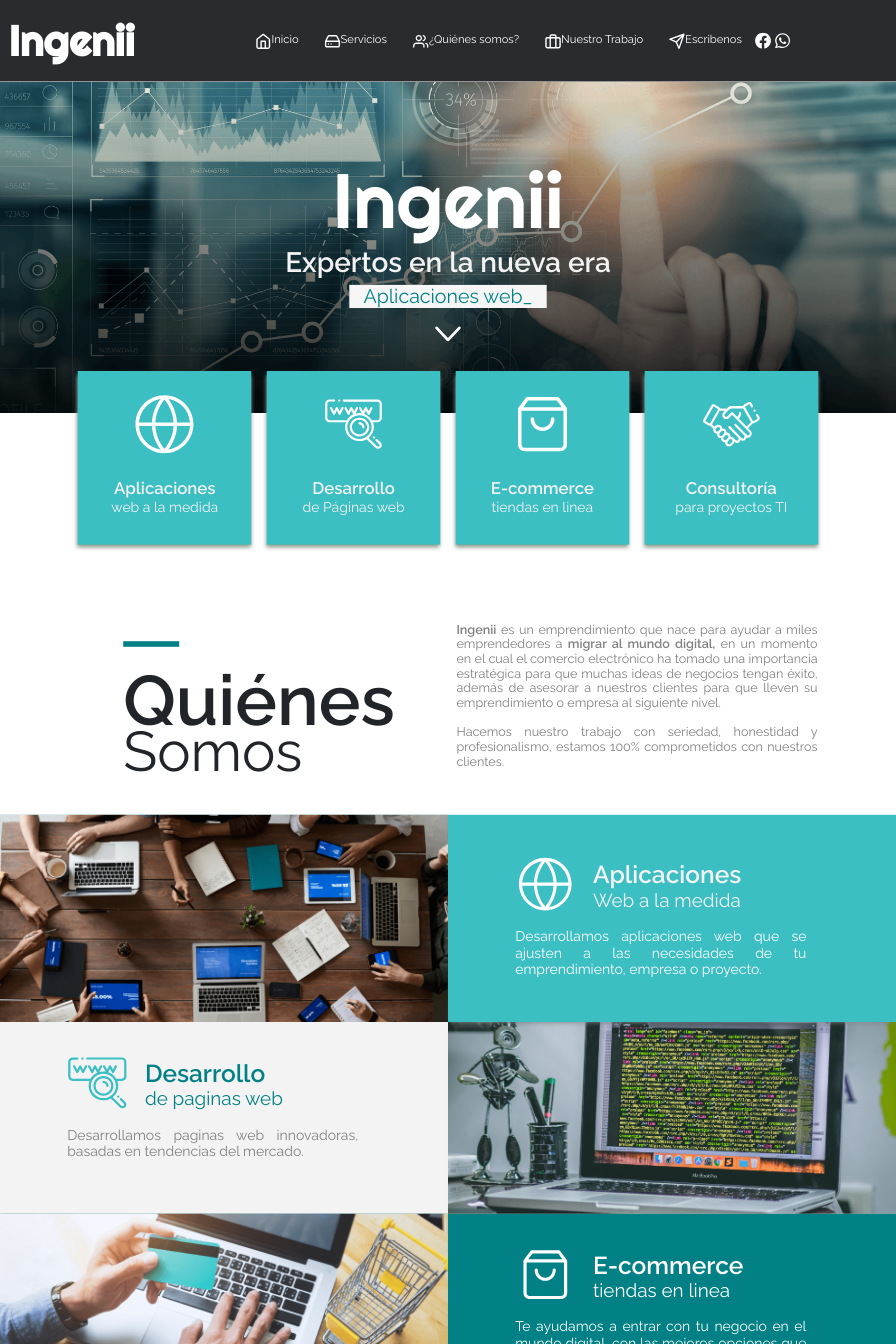
Repository: mariomr87/testwebpage
Page: index.html
An editor plug-in stored every save of this project. The page is shown before and after the next save, followed by the edit.
The browser window is 1280 px wide. The pictures show the part of the page from y = 0 to 1920 px (the page is 3567 px tall), at 70% of full size.
Some web libraries are served in a nearby version.

Above is the page before, as saved 2021-10-07 22:34:05.

### index.html
<!DOCTYPE html>
<html>
<head>
	<meta charset="utf-8">
	<title>Ingenii - Nueva era</title>
	<link href="style.css" rel="stylesheet">
	<!-- CSS only -->
	<link href="https://cdn.jsdelivr.net/npm/bootstrap@5.0.2/dist/css/bootstrap.min.css" rel="stylesheet" integrity="sha384-EVSTQN3/azprG1Anm3QDgpJLIm9Nao0Yz1ztcQTwFspd3yD65VohhpuuCOmLASjC" crossorigin="anonymous">
	<link rel="preconnect" href="https://fonts.googleapis.com">
	<link rel="preconnect" href="https://fonts.gstatic.com" crossorigin>
	<link href="https://fonts.googleapis.com/css2?family=Raleway:ital,wght@0,200;0,400;0,600;1,900&display=swap" rel="stylesheet">
	<script src="https://kit.fontawesome.com/ffd6f804ac.js" crossorigin="anonymous"></script>

	<!--MENU BOOSTRAP JavaScript Bundle with Popper -->
	<script src="https://cdn.jsdelivr.net/npm/bootstrap@5.1.1/dist/js/bootstrap.bundle.min.js" integrity="sha384-/bQdsTh/da6pkI1MST/rWKFNjaCP5gBSY4sEBT38Q/9RBh9AH40zEOg7Hlq2THRZ" crossorigin="anonymous"></script>

	<!--Carrusel-->
	<link href="https://cdn.jsdelivr.net/npm/bootstrap@5.0.2/dist/css/bootstrap.min.css" rel="stylesheet" integrity="sha384-EVSTQN3/azprG1Anm3QDgpJLIm9Nao0Yz1ztcQTwFspd3yD65VohhpuuCOmLASjC" crossorigin="anonymous">
	<link rel="stylesheet" type="text/css" href="carousel.css">
	<script src="https://ajax.googleapis.com/ajax/libs/jquery/1.12.4/jquery.min.js" type="text/javascript" ></script>
	<script src="slick.js" type="text/javascript" charset="utf-8"></script>



</head>
	<body>

		<!-- Menu -->
		<nav class="navbar navbar-expand-md  sticky-top navbar-dark lineamenu ">
			<div class="container-fluid">
			  <a class="navbar-brand" href="#"><span class="menuimg-texto">Ingenii</span></a>
			  <button class="navbar-toggler" type="button" data-bs-toggle="collapse" data-bs-target="#navbarSupportedContent" aria-controls="navbarSupportedContent" aria-expanded="false" aria-label="Toggle navigation">
				<span class="navbar-toggler-icon "></span>
			  </button>
			  <div class="collapse navbar-collapse " id="navbarSupportedContent">
				<ul class="navbar-nav">
				  <li class="nav-item">
					<a class="nav-link" aria-current="page" href="#"><span class="texto-link"><img src="./imagenes/menu/Icon-inicio.svg" class="d-inline-block align-text-top menuing-redes-logos">Inicio</span></a>
				  </li>
				  <li class="nav-item">
					<a class="nav-link" href="#servicios4"><span class="texto-link"><img src="./imagenes/menu/Icon-Servicios.svg" class="d-inline-block align-text-top menuing-redes-logos">Servicios</span></a>
				  </li>
				  <li class="nav-item">
					<a class="nav-link " href="#quienessomos" tabindex="-1" aria-disabled="true"><img src="./imagenes/menu/Icon-Quienes somos.svg" class="d-inline-block align-text-top menuing-redes-logos"><span class="texto-link">¿Quiénes somos?</span></a>
				  </li>
				  <li class="nav-item">
					<a class="nav-link " href="#link-ntrabajo" tabindex="-1" aria-disabled="true"><img src="./imagenes/menu/Icon- nuestro-trabajo.svg" class="d-inline-block align-text-top menuing-redes-logos"><span class="texto-link">Nuestro Trabajo</span></a>
				  </li>
				  <li class="nav-item">
					<a class="nav-link " href="#link-escribenos" tabindex="-1" aria-disabled="true"><img src="./imagenes/menu/Icon - escribenos.svg" class="d-inline-block align-text-top menuing-redes-logos"><span class="texto-link">Escribenos</span></a>
				  </li>
				</ul>
				<div class="">
					<img class="menuing-redes-logos" src="./imagenes/menu/Facebook.svg" alt="">
					<img class="menuing-redes-logos" src="./imagenes/menu/WhatsApp.svg" alt="">
				</div>
			  </div>
			</div>
		  </nav>

		<!-- Slider -->
		<div class="container-fluid slider text-centro text-center">
			<div class="row" id="servicios4">
				<div>
					<h3 class="logo title-slider">Ingenii</h3>
					<h3 class="blanco slider-text">Expertos en la nueva era</h3>
					<h3 id="app-web">Aplicaciones web_</h3><br>
					<img id="flecha-down" src="./imagenes/principal/flecha.svg">
				</div>
			</div>
		</div>
		<!-- Quienes somos y servicios -->
		<div class="container-fluid " >
			<!-- Iconos de servicios -->
			<div class="cuadros-servi row ">
				<div class="azul-claro-bg cuadro col ">
					<img src="./imagenes/principal/app.svg" class="icon-serv">
					<h5><span class="negrilla "><strong>Aplicaciones</strong> </span><br>web a la medida</h5>
				</div>
				<div class="azul-claro-bg cuadro col">
					<img src="./imagenes/principal/desarrollo.svg" class="icon-serv"><h5><span class="negrilla ">Desarrollo</span><br>de Páginas web</h5>
				</div>
				<div class="azul-claro-bg cuadro col">
					<img src="./imagenes/principal/tienda.svg" class="icon-serv">
					<h5><span class="negrilla ">E-commerce</span><br> tiendas en linea</h5>
				</div>
				<div class="azul-claro-bg cuadro col">
					<img src="./imagenes/principal/consultoria.svg" class="icon-serv"><h5><span class="negrilla ">Consultoría</span><br>para proyectos TI</h5>
				</div>

			</div>

			<!-- Texto quienes somos -->
			<div class="row just-somos" id="quienessomos">
				<div class="col-md-6 centrar-somos">
					<p class="line-blue"> </p>
					<h1 class="text-quienes" >Quiénes</h1><h2 class="text-somos">Somos</h2>
				</div>
				<div class="col-md-6">
					<p class="texto-qs"><span class="negrilla">Ingenii</span> es un emprendimiento que nace para ayudar a miles emprendedores a <span class="negrilla">migrar al mundo digital,</span> en un momento en el cual el
					comercio electrónico ha tomado una importancia estratégica para que muchas ideas de negocios tengan éxito, además de asesorar a
					nuestros clientes para que lleven su emprendimiento o empresa al siguiente nivel.
					<br><br>Hacemos nuestro trabajo con seriedad, honestidad y profesionalismo, estamos 100% comprometidos con nuestros clientes.</p>
				</div>
			</div>
		</div>
		<!-- Servicios -->
		<div class="container-fluid">
			<div class="row row-cols-2 servi-col">
				<!--Aplicaciones -->
				<div class="col azul-claro-bg sombra">
					<img class="servicios-img" src="imagenes/servicios/Aplicaciones.png">
				</div>
				<div class="col azul-claro-bg text-app sombra">
						<div class="centra-app">
							<div class="interlineas">
								<img src="./imagenes/servicios/web-a-medida.svg" class="icon-serv">
								<span class="text-app-p"><span class="text-app-icon">Aplicaciones</span><p class="text-app-icon2">Web a la medida</p></span>
							</div>
							<div class="interlineas">
								<p class="text-app-des">Desarrollamos aplicaciones web que se ajusten a las necesidades de tu emprendimiento, empresa o proyecto.</p>
							</div>
						</div>
				</div>
				<!--Desarrollo -->
				<div class="col blanco-bg sombra">
					<div class="text-app ">
						<div class="centra-app">
							<div class="interlineas">
								<img src="./imagenes/servicios/desarrollo-web.svg" class="icon-serv">
								<span class="azul text-app-p"><span class="text-app-icon">Desarrollo</span><p class="text-app-icon2">de paginas web</p></span>
							</div>
							<div class="interlineas" >
								<p class="gris2 text-app-des">Desarrollamos paginas web innovadoras, basadas en tendencias del mercado.</p>
							</div>
						</div>
					</div>
				</div>
				<div class="col blanco-bg sombra">
					<img class="servicios-img" src="imagenes/servicios/desarrolloweb.png">
				</div>
				<!--E-commerce-->
				<div class="col azul-bg sombra">
					<img class="servicios-img" src="imagenes/servicios/ecommerce.png">
				</div>
				<div class="col azul-bg sombra">
					<div class="text-app">
						<div class="centra-app">
							<div class="interlineas">
								<img src="./imagenes/servicios/ecommerce.svg" class="icon-serv">
								<span class="text-app-p"><span class="text-app-icon">E-commerce</span><p class="text-app-icon2">tiendas en linea</p> </span>
							</div>
							<div class="interlineas">
								<p class="text-app-des">Te ayudamos a entrar con tu negocio en el mundo digital, con las mejores opciones que se adapten a tener una buena rentabilidad.</p>
							</div>
						</div>
					</div>
				</div>
				<!--Consultoria -->
				<div class="col blanco-bg sombra">
					<div class="azul text-app">
					<div class="centra-app">
							<div class="interlineas">
								<img src="./imagenes/servicios/consultoria-TI.svg" class="icon-serv">
								<span class="text-app-p"><span class="text-app-icon">Consultoria</span> <p class="text-app-icon2"> para proyectos de TI</p></span>
							</div>
							<div class="interlineas">
								<p class="gris2 text-app-des">Estamos contigo, por eso realizamos consultorias para proyectos de TI.</p>
							</div>
					</div>
					</div>
				</div>
    			<div class="col blanco-bg sombra">
					<img class="servicios-img" src="imagenes/servicios/consultoria.png">
				</div>
			</div>
		</div>


		<!-- Nuestros Proyectos -->
		<div class="container-fluid" id="link-ntrabajo">
			<div class="row">
				<div class="col-md-12 text-center">
					<p class="proyectos">Nuestros Proyectos</p>
					<p class="proyectos-txt">Proyectos realizados en diversos sectores que van desde paginas web tradicionales hasta aplicaciones para la gestion de negocios.</p>
				</div>
				<div class="col-md-12 container">
					<section class="customer-logos slider2">
						<div class="slide"><img src="images/image3.png"></div>
						<div class="slide"><img src="images/image4.png"></div>
						<div class="slide"><img src="images/image3.png"></div>
						<div class="slide"><img src="images/image4.png"></div>
					</section>
				</div>
			</div>
		</div>

		<!-- Contacto -->
		<div class="container-fluid contacto-container" id="link-escribenos">
			<div class="row">
				<div class="col-md-6">
					<div class="contacto-column-1">
						<p class="line-blue"> </p>
						<h2 class="contacto-title blanco">Escribenos</h2>
						<p class="contacto-desc blanco">Cuéntanos tus proyectos y juntos podremos llevar tu emprendimiento o tu empresa a otro nivel en la nueva era del mundo digital</p>
					</div>
					</div>
				<div class="col-md-6">
					<form class="contacto-form">
						<input type="text" class="contacto-input" placeholder="Nombre Completo" name="nombre">
						<input type="text" class="contacto-input" placeholder="Celular" name="celular">
						<input type="email" class="contacto-input" placeholder="Email" name="email">
						<textarea name="mensaje" class="contacto-textarea" placeholder="Mensaje"></textarea>
						<input type="submit" class="contacto-input azul-claro-bg" name="Enviar">
					</form>
				</div>
			</div>
		</div>
		<!-- Footer -->
		<div class="container-fluid azul-claro-bg p-5">
			<div class="row pb-4">
				<div class="col-md-4">
					<div class="footer-container">
						<h2 class="logo title-footer">Ingenii</h2>
						<p class="subtitle-footer">Copyrigth 2021 Ingenii</p>
					</div>
				</div>
				<div class="col-md-8">
					<div class="social-container">
						<p class="" style="padding: 0px 22px;">Soluciones innovadoras para tus proyectos, emprendimientos o empresas.<br>Te ayudamos a ir al siguiente nivel. Somos expertos en una nueva era.</p>
						<div class="container">
							<div class="row">
								<div class="col-md-4">
									<span class="social-icon-text" style="vertical-align: middle;">Síguenos: </span><a href="www.facebook.com" class="link-icon-footer gris"><i class="fab fa-facebook"></i></a><a href="https://api.whatsapp.com/send?phone=573167873319&text=Hola!%20Quiero%20una%20p%C3%A1gina%20web." class="link-icon-footer gris"><i class="fab fa-whatsapp"></i></a>
								</div>
								<div class="col-md-4 mt-2">
									<i style="vertical-align: middle;" class="fas fa-phone-alt gris icon-footer"></i><span class="social-icon-text"> 3167873319</span>
								</div>
								<div class="col-md-4 mt-2">
									<i style="vertical-align: middle;" class="far fa-envelope gris icon-footer"></i><span class="social-icon-text"> info@ingenii.com.co</span>
								</div>
							</div>
						</div>
					</div>
				</div>
			</div>
		</div>

		<script type="text/javascript">
			$(document).ready(function(){
				$('.customer-logos').slick({
					slidesToShow: 2,
					slidesToScroll: 1,
					autoplay: true,
					autoplaySpeed: 500,
					arrows: false,
					dots: false,
						pauseOnHover: false,
						responsive: [{
						breakpoint: 500,
						settings: {
							slidesToShow: 4
						}
					}, {
						breakpoint: 520,
						settings: {
							slidesToShow: 3
						}
					}]
				});
			});
		</script>

	</body>
</html>

### style.css
/*
autor: Estiven Oviedo Gonzalez;
fecha: 2021-07-18;
*/

@font-face {
    font-family: 'Righteous';
    src: url('font/Righteous-Regular.ttf');
}


body{
	font-family: 'Raleway', sans-serif !important;
}

.lineamenu{
	border-bottom-width: 1px;
	border-bottom-style: solid;
	border-bottom-color: #c5c3c3 ;
	background-color: #292b2f;
}

.menuimg-texto{
	font-weight: 900;
	font-size: 3em;
	font-family: 'Righteous', cursive;
	color: #fff;
}

.texto-link{
	color: white;
}

.menuing-redes-logos{
	width: 1.5em;
}

.navbar-collapse{
	justify-content: center;
}

.nav-item{
	padding: 10px;
}

.logo{
	font-family: 'Righteous', cursive;
	color: #fff;
}

.azul{
	color: #018185;
}

.gris{
	color: #292b2f;
}

.verde{
	color: #40af93;
}

.azul-claro{
	color: #3bbfc3;
}

.blanco{
	color: #f3f3f3;
}

.azul-bg{
	background-color: #018185;
	color: #fff;
}

.gris-bg{
	background-color: #292b2f;
}

.verde-bg{
	background-color: #40af93;
}

.azul-claro-bg{
	background-color: #3bbfc3;
	color: #f3f3f3;
}

.blanco-bg{
	background-color: #f3f3f3;
}


.sombra{
	box-shadow: 0px 7px 7px -6px gray;
}

/* servicios */
.servicios-img{
	width: 100%;
}

.title-footer{
	font-size: 70px;
	margin: 0;
}

.subtitle-footer{
	color: #fff;
	font-size: 12px;
}

.footer-container{
	margin-left: 35%;
	border-right: 1px solid #fff;
}

.social-container{
	color: #fff;
}

.link-icon-footer{
	font-size: 30px;
	padding: 0px 10px;
	vertical-align: middle;
}

.icon-footer{
	font-size: 25px;
}

.social-icon-text{
	font-weight: 600;
}

.contacto-container{
	background-image: url('imagenes/formulario/fondo-formulario.png');
	background-size: cover;
}

.contacto-form{
	margin: 100px 20% 100px 10%;
}

.contacto-input{
	display: block;
    padding: 8px 20px;
    border-radius: 40px;
    border: none;
    margin-bottom: 12px;
    width: 100%;
}

.contacto-textarea{
	display: block;
    padding: 8px 20px;
    border-radius: 20px;
    border: none;
    margin-bottom: 12px;
    resize: none;
    width: 100%;
    height: 150px;
}

.contacto-column-1{
	margin: 100px 10% 100px 30%;
}

.contacto-title{
	font-size: 75px;
	font-weight: 900;
}

.contacto-desc{
	font-size: 22px;
}

.slider{
	background-image: url('imagenes/principal/banner.png');
	background-size: cover;
}

.title-slider{
	font-size: 110px;
	margin: 0;
}

.slider-text{
	font-size: 40px ;
	font-weight: bold;
}

#app-web{
	display: inline;
	background-color: #f6f6f6;
	color: #018185;
	padding: 0px 20px;
}

.text-quienes{
	font-weight:bold;
	font-size:100px;
}

.text-somos{
	font-size:80px;
	line-height: 10px;
}

.line-blue{
	background-color: #018185;
	height: 8px;
	width: 80px;
}

.texto-qs{
	text-align: justify;
	font-size: 18px;
	color: gray;

}

.negrilla{
	font-weight: bold;
}

.cuadro span {
	font-size: 1.2em;
}

.just-somos{
	padding-left: 100px;
	padding-right: 100px;
	padding-top: 50px;
	padding-bottom: 50px;
	line-height: initial;
}

.centrar-somos{
	align-content: center;
	justify-content: center;
	display: grid;
}


.text-app{
	position: relative;
	padding-top: 2%;

}

.centra-app{
	margin: 5% 20% 0 15%;
	text-align: justify;
}

.text-app-p{
	padding-left: 25px;

}

.text-app-icon{
	font-size: 35px;
	font-weight: 900;

}

.text-app-icon2{
	font-size: 27px;
}

.text-app-des{
	font-size: 20px;
	color: white;
}

.gris2{
	color: gray ;
}

.cuadro{
	margin: auto 1%;
	padding: 33px;
	box-shadow: -1px 5px 6px #889788;
}

.cuadros-servi{
	text-align: center;
	padding: 0% 8%;
	position: relative;
    bottom: 60px;

}
.interlineas{
	line-height:normal;
	display: flex;
	justify-content: flex-start;
    align-items: center;
	letter-spacing: normal;
}

.icon-serv{
	width: 86px;
	margin-bottom: 20px;
}

.cuadro img{
	padding-bottom: 15px;
}

.text-centro{
	padding: 8% 0%;

}

#flecha-down{
	padding-top: 2%;
	width: 3%;
}

.flotante{
	position: relative;
}

.servi-col div{
	padding-left: 0;
	padding-right: 0;
}

.proyectos{
	font-weight: 900;
	font-size: 4em;
	padding-top: 1em;
}

.proyectos-txt{
	color: gray;
	font-size: 1.5em;
	padding: 0 12em 2em 12em ;
	line-height: normal;
}

### carousel.css
/* Slider */
.slick-slide {
    margin: 0px 20px;
}

.slick-slide img {
    width: 100%;
}

.slick-slider
{
    position: relative;
    display: block;
    box-sizing: border-box;
    -webkit-user-select: none;
    -moz-user-select: none;
    -ms-user-select: none;
            user-select: none;
    -webkit-touch-callout: none;
    -khtml-user-select: none;
    -ms-touch-action: pan-y;
        touch-action: pan-y;
    -webkit-tap-highlight-color: transparent;
}

.slick-list
{
    position: relative;
    display: block;
    overflow: hidden;
    margin: 0;
    padding: 0;
}
.slick-list:focus
{
    outline: none;
}
.slick-list.dragging
{
    cursor: pointer;
    cursor: hand;
}

.slick-slider .slick-track,
.slick-slider .slick-list
{
    -webkit-transform: translate3d(0, 0, 0);
       -moz-transform: translate3d(0, 0, 0);
        -ms-transform: translate3d(0, 0, 0);
         -o-transform: translate3d(0, 0, 0);
            transform: translate3d(0, 0, 0);
}

.slick-track
{
    position: relative;
    top: 0;
    left: 0;
    display: block;
}
.slick-track:before,
.slick-track:after
{
    display: table;
    content: '';
}
.slick-track:after
{
    clear: both;
}
.slick-loading .slick-track
{
    visibility: hidden;
}

.slick-slide
{
    display: none;
    float: left;
    height: 100%;
    min-height: 1px;
}
[dir='rtl'] .slick-slide
{
    float: right;
}
.slick-slide img
{
    display: block;
}
.slick-slide.slick-loading img
{
    display: none;
}
.slick-slide.dragging img
{
    pointer-events: none;
}
.slick-initialized .slick-slide
{
    display: block;
}
.slick-loading .slick-slide
{
    visibility: hidden;
}
.slick-vertical .slick-slide
{
    display: block;
    height: auto;
    border: 1px solid transparent;
}
.slick-arrow.slick-hidden {
    display: none;
}

.slider2 {
    padding: 2em 10em;
}

.slider2 div img{
    width: 50%;
    /* background-color: gray; */
    border-inline: 1px;
    display: block;
    margin: auto;

}

/* .slide{
 border-style: solid;
 color: red;

} */

Loaded but not shown: slick.js (library)

After the next save:
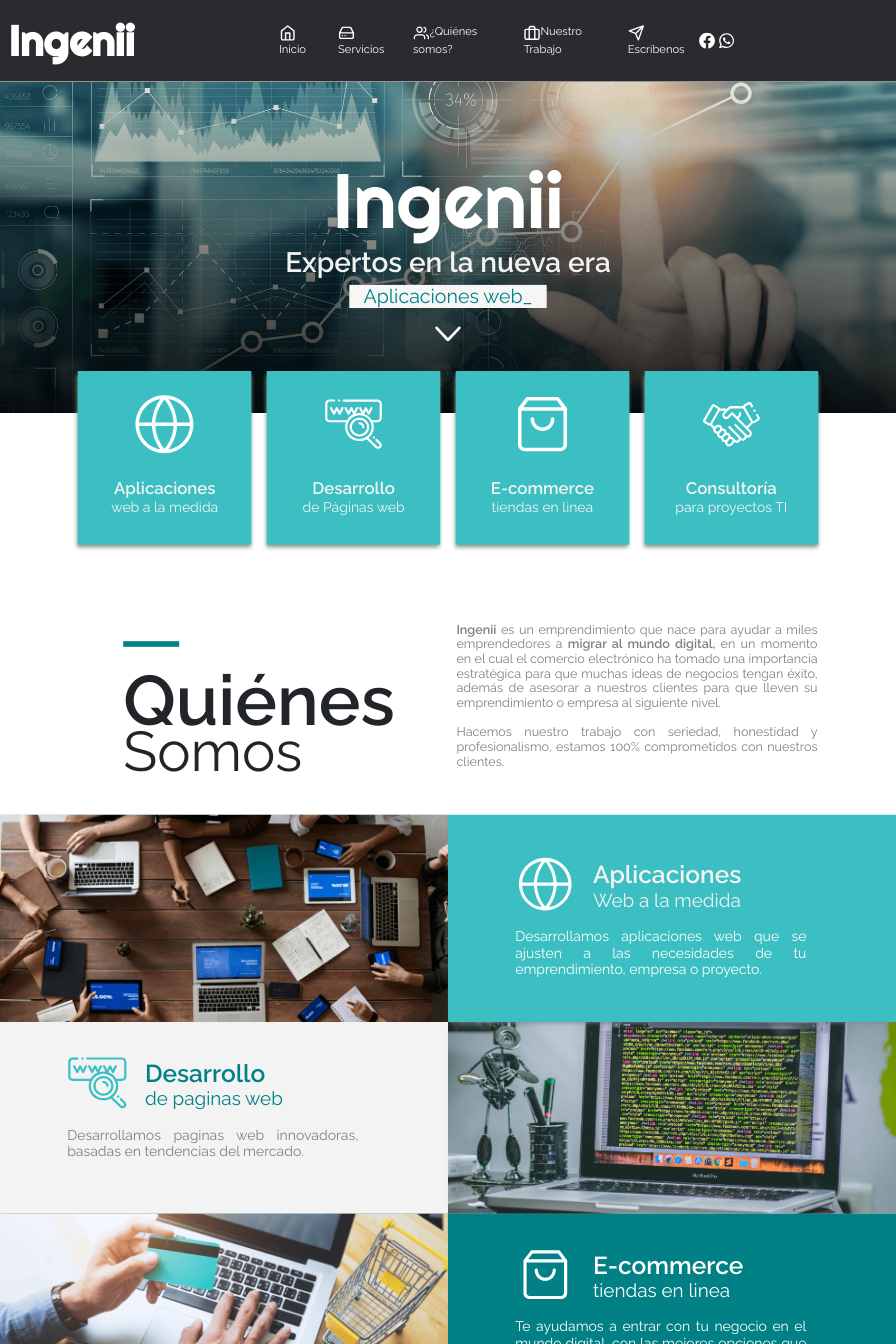
Saved 112 s later.
--- a/index.html
+++ b/index.html
@@ -28,12 +28,12 @@
 		<!-- Menu -->
 		<nav class="navbar navbar-expand-md  sticky-top navbar-dark lineamenu ">
 			<div class="container-fluid">
-			  <a class="navbar-brand" href="#"><span class="menuimg-texto">Ingenii</span></a>
+			  <a class="navbar-brand col-md-3" href="#"><span class="menuimg-texto">Ingenii</span></a>
 			  <button class="navbar-toggler" type="button" data-bs-toggle="collapse" data-bs-target="#navbarSupportedContent" aria-controls="navbarSupportedContent" aria-expanded="false" aria-label="Toggle navigation">
 				<span class="navbar-toggler-icon "></span>
 			  </button>
 			  <div class="collapse navbar-collapse " id="navbarSupportedContent">
-				<ul class="navbar-nav">
+				<ul class="navbar-nav col-md-8">
 				  <li class="nav-item">
 					<a class="nav-link" aria-current="page" href="#"><span class="texto-link"><img src="./imagenes/menu/Icon-inicio.svg" class="d-inline-block align-text-top menuing-redes-logos">Inicio</span></a>
 				  </li>
@@ -50,7 +50,7 @@
 					<a class="nav-link " href="#link-escribenos" tabindex="-1" aria-disabled="true"><img src="./imagenes/menu/Icon - escribenos.svg" class="d-inline-block align-text-top menuing-redes-logos"><span class="texto-link">Escribenos</span></a>
 				  </li>
 				</ul>
-				<div class="">
+				<div class="col-md-3">
 					<img class="menuing-redes-logos" src="./imagenes/menu/Facebook.svg" alt="">
 					<img class="menuing-redes-logos" src="./imagenes/menu/WhatsApp.svg" alt="">
 				</div>
